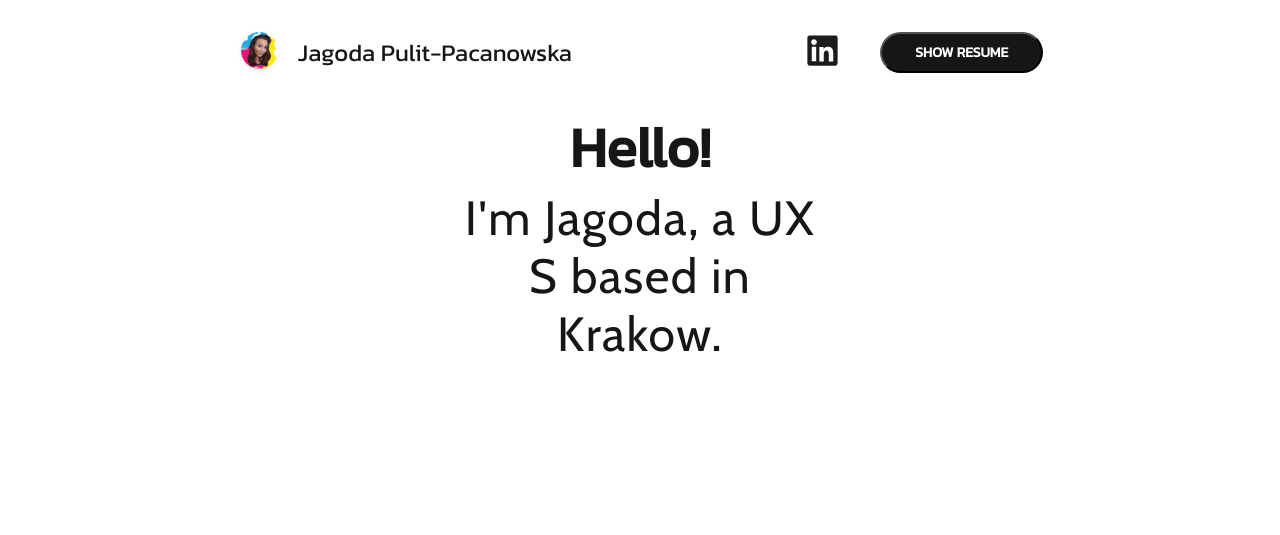
Repository: remigiuszpulit/ux-ui-portfolio
Page: /
The author's editor kept a copy of each file at every save. The page is drawn from the files as they stood at one save, then again after the next save.
The browser window is 1280 px wide. The pictures show the whole page.
The project was rebuilt for these pictures with package versions that can differ from the ones it lists, and the page was loaded fresh each time.

Above is the page before, as saved 2022-09-23 01:55:08.

After the next save:
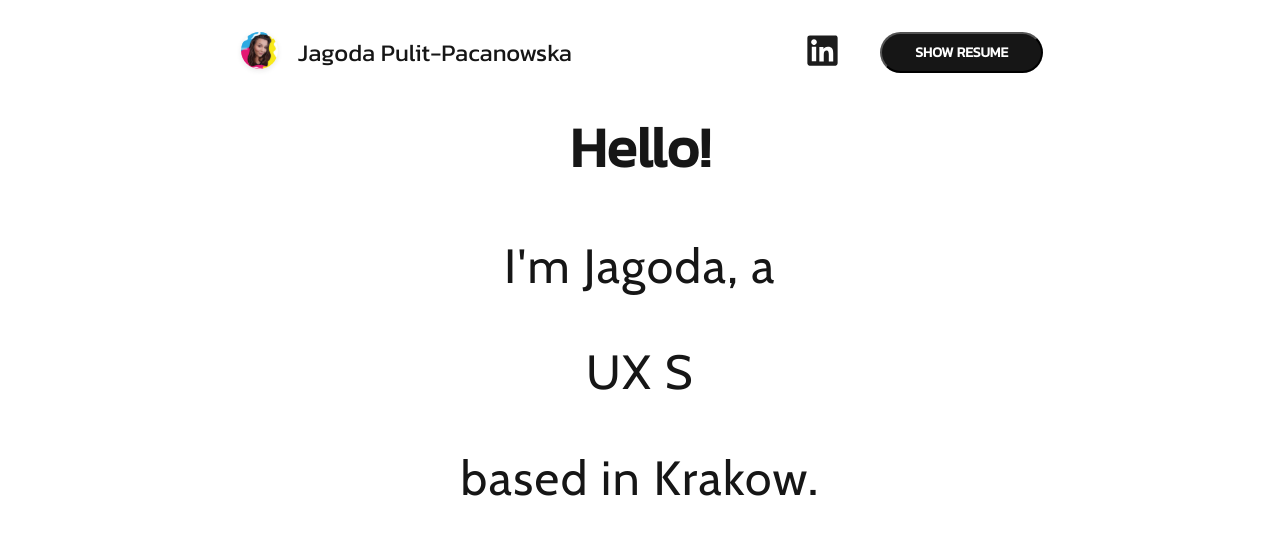
Saved 9 min 31 s later.
--- a/src/pages/index.js
+++ b/src/pages/index.js
@@ -41,10 +41,10 @@
         Hello!
     </HelloText>
     <HeroText>
-    I'm Jagoda, a{' '}
-     {text}{' '}
+    <p>I'm Jagoda, a</p>
+    {' '}{text}{' '}
 
-     based in Krakow.
+    <p> based in Krakow.</p>
     </HeroText>
     </Head></Container>
 );
